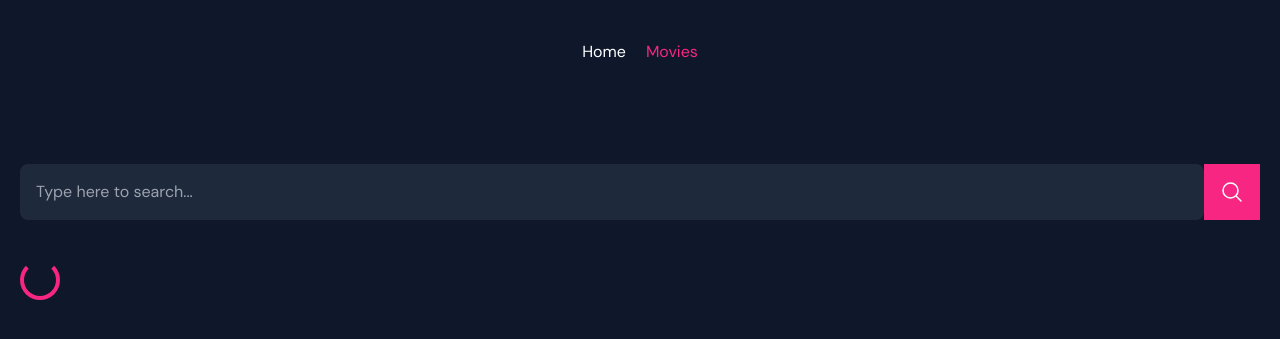
Repository: vophuocthanh/movies
Page: /movies
An editor plug-in stored every save of this project. The page is shown before and after the next save, followed by the edit.
The browser window is 1280 px wide. The pictures show the whole page.
The page's requests for data from a server got no answer. The project was rebuilt for these pictures with package versions that can differ from the ones it lists, and the page was loaded fresh each time. No one was signed in, and anything a server would have sent is missing. Also part of the build but not shown: src/components/banner/Banner.jsx, src/pages/HomePage.jsx, src/components/movie/MovieCard.jsx, src/pages/MovieDetailsPage.jsx. Imported but missing from the stored project, and not drawn on this page: src/components/movie/MovieList.

Above is the page before, as saved 2022-12-05 21:25:42.

After the next save:
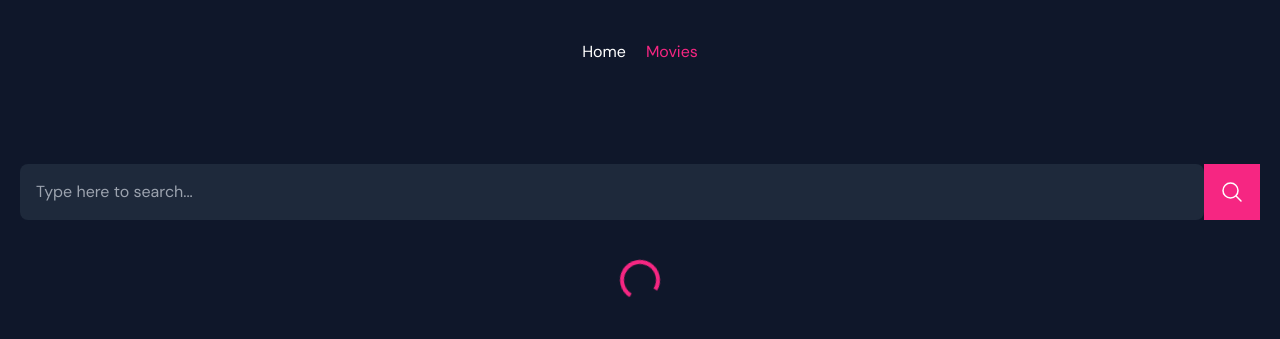
Saved 23 s later.
--- a/src/pages/MoviePage.jsx
+++ b/src/pages/MoviePage.jsx
@@ -59,7 +59,7 @@ const MoviePage = () => {
         </button>
       </div>
       {!loading && (
-        <div className="w-10 h-10 border-4 border-t-4 rounded-full border-primary border-t-transparent"></div>
+        <div className="w-10 h-10 mx-auto border-4 border-t-4 rounded-full border-primary border-t-transparent animate-spin"></div>
       )}
       <div className="grid grid-cols-4 gap-10">
         {movies.length > 0 &&
